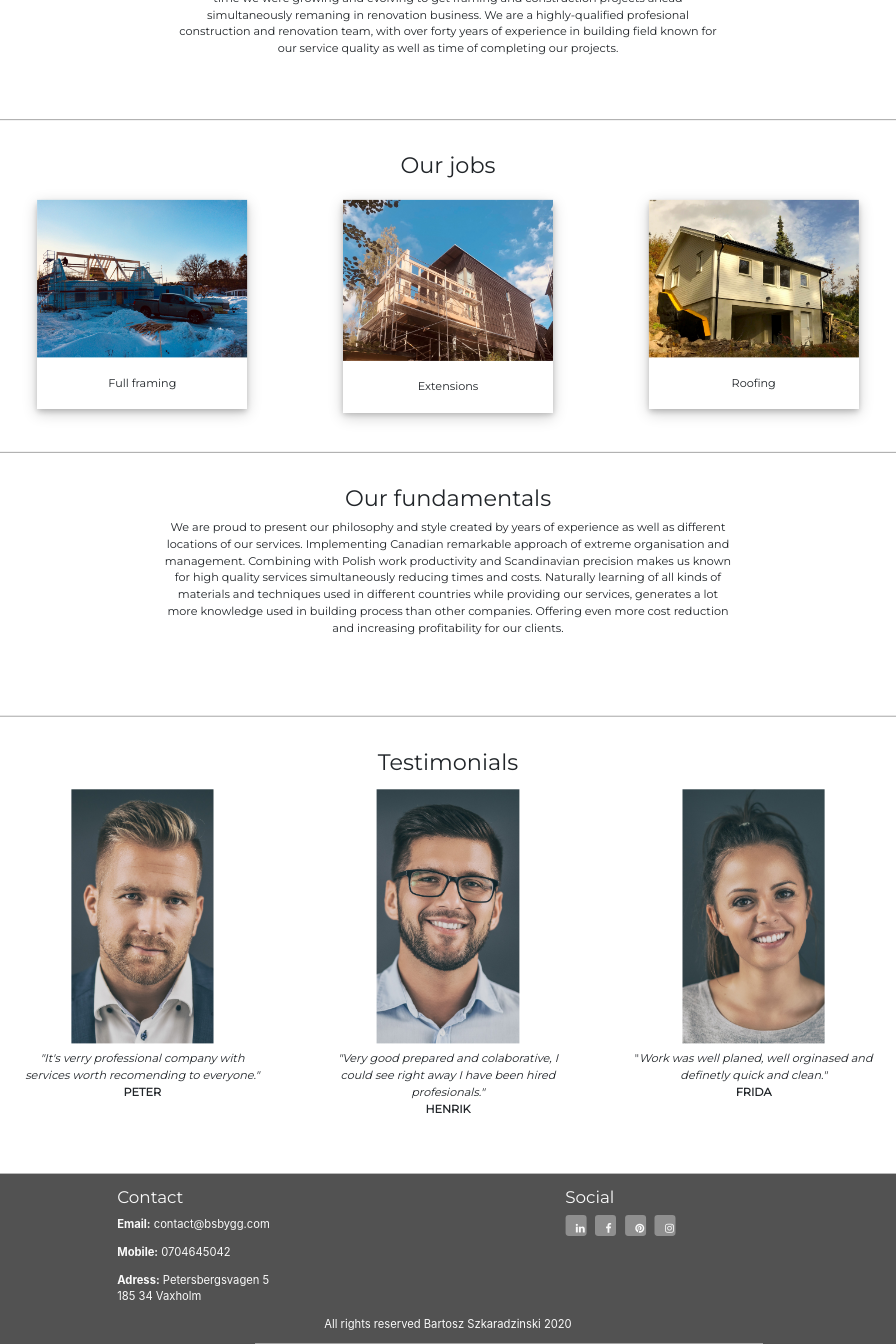
Repository: Bartie1982/milestone-project-1
Page: index.html
The author's editor kept a record of every edit. The page is drawn from the files as they stood at one moment, then again after the next edit.
The browser window is 1280 px wide. The pictures show the part of the page from y = 1021 to 2941 px (the page is 2941 px tall before and 2936 px after), at 70% of full size.

Above is the page before.

### index.html
<!DOCTYPE html>
<html lang="en">

<head>
    <meta charset="UTF-8">
    <meta name="viewport" content="width=device-width, initial-scale=1.0">
    <meta http-equiv="X-UA-Compatible" content="ie=edge">
    <link rel="stylesheet" href="https://stackpath.bootstrapcdn.com/bootstrap/4.3.1/css/bootstrap.min.css" type="text/css" />
    <link rel="stylesheet" href="https://stackpath.bootstrapcdn.com/font-awesome/4.7.0/css/font-awesome.min.css" type="text/css" />
    <link rel="stylesheet" href="assets/css/style.css" type="text/css" />
    <title>BsBygg</title>
</head>

<body>
    <header>
        <div class="container-fluid">
            <div class="row">
                    <div class="col-lg-11 d-flex">
                         <a href="index.html" class="col-md-2 logo "></a>
                        <nav class="navbar navbar-expand-xl navbar-dark">
                            <a class="navbar-brand" href="index.html">Bs bygg</a>
                                <button class="navbar-toggler" type="button" data-toggle="collapse" data-target="#navbarNav" aria-controls="navbarNav" aria-expanded="false" aria-label="Toggle navigation">
                                     <span class="navbar-toggler-icon"></span>
                                </button>
                                <div class="collapse navbar-collapse" id="navbarNav">
                                    <ul class="navbar-nav mr-auto">
                                        <li class="nav-item active">
                                            <a class="nav-link" href="#about-us">About us</a>
                                        </li>
                                        <li class="nav-item">
                                            <a class="nav-link" href="#our-jobs">Our jobs</a>
                                        </li>
                                        <li class="nav-item">
                                            <a class="nav-link" href="#our-fundamentals">Our fundamentals</a>
                                        </li>
                                        <li class="nav-item">
                                            <a class="nav-link" href="#testimonials">Testimonials</a>
                                        </li>
                                        <li class="nav-item">
                                            <a class="nav-link" href="#contact">Contact</a>
                                        </li>
                                    </ul>
                                </div>
                        </nav>
                    </div>
            </div>
        </div>
        <div class="container">
            <div class="row">
                    <div class="col-md-12 d-flex justify-content-center quote">
                        <h2>Profesionals simply by working different!</h2>
                    </div>
            </div>
        </div>
    </header>
        <div class="row">
            <div class="col-md-12 h-line3">
                <hr>
            </div>
        </div>
    <section>
        <div class="d-flex justify-content-center" id="about-us">
            <div class="col-md-8 about-us">
                <h2>About-us</h2>

                <p class="col-md-12 text-space">Established in 1995 our company is a family bussines,
                started by my father Zbigniew who was providing construction and renovation services of all sorts in Sweden and Scandinavia.
                In 1999 My brother and I have joined my fathers company and together we expanded rapidly.
                Completing bigger and more complicated houses designs in Sweden, Danmark, Uk, Poland and Canada over time  we were growing and evolving to get framing and construction projects ahead simultaneously remaning in renovation business.
                We are a highly-qualified profesional construction and renovation team, with over forty years of experience in building field known for our service quality as well as time of completing our projects.
                </p>

            </div>
        </div>

        <div class="row">
            <div class="col-md-12 h-line4">
                <hr>
            </div>
        </div>

    </section>
    <section>
        <div class="row" id="our-jobs">
            <div class="col-md-12 Our-jobs">
                <h2>Our jobs</h2>
                    <div class="row d-flex justify-content-around">
                        <div class="col-sm-12 col-md-12 col-lg-4">
                            <div class="polaroid">
                        <img src="./assets/images/balsta-light.jpg" alt="Full framing" style="width:100%">
                             <div class="container p">
                             <p>Full framing</p>
                             </div>
                       </div>
                        </div>
                        <div class="col-sm-12 col-md-12 col-lg-4">
                            <div class="polaroid">
                        <img src="./assets/images/flottare.jpg" alt="Extensions" style="width:100%">
                             <div class="container p">
                             <p>Extensions</p>
                             </div>
                       </div>
                        </div>
                        <div class="col-sm-12 col-md-12 col-lg-4">
                            <div class="polaroid">
                        <img src="./assets/images/akersberga-ed.jpg" alt="Roofing" style="width:100%">
                             <div class="container p">
                             <p>Roofing</p>
                         </div>
                        </div>
                    </div>
                </div>
            </div>
        </div>
    </section>
    <section>
        <div class="row">
            <div class="col-md-12 h-line3">
                <hr>
            </div>
        </div>
        <div class="row d-flex justify-content-center" id="our-fundamentals">
            <div class="col-md-8 our-fundamentals">
                <h2>Our fundamentals</h2>

                <p class="col-md-12 text-space">We are proud to present our philosophy and style created by years of experience as well as different locations of our services.
                Implementing  Canadian remarkable approach of extreme organisation and management.
                Combining with Polish work productivity and Scandinavian precision makes us known for high quality services simultaneously reducing times and costs.
                Naturally learning of all kinds of materials and techniques used in different countries while providing our services, generates a lot more knowledge used in building process than other companies. Offering even more
                cost reduction and increasing profitability for our clients.
                </p>
            </div>
        </div>

        <div class="row">
            <div class="col-md-12 h-line4">
                <hr>
            </div>
        </div>
    </section>
    <section>
        <div class="row" id="testimonials">
            <div class="col-md-12 Testimonials">
                <h2>Testimonials</h2>
                    <div class="row people d-flex justify-content-around">
                        <div class="col-sm-12 col-md-4 person">
                            <img class="img-fluid" src="./assets/images/Face 6.jpg" alt="Peter">
                            <p class="text-space"><i>"It's verry professional company with services worth recomending to everyone."</i><br><b>PETER</b></p>
                        </div>
                        <div class="col-sm-12 col-md-4 person">
                            <img class="img-fluid" src="./assets/images/Face 4.jpg" alt="Henrik">
                            <p class="text-space"><i>"Very good prepared and colaborative, I could see right away I have been hired profesionals."</i><br><b>HENRIK</b></p>
                        </div>
                        <div class="col-sm-12 col-md-4 person">
                            <img class="img-fluid" src="./assets/images/Face 7.jpg" alt="Frida">
                            <p class="text-space">"<i>Work was well planed, well orginased and definetly quick and clean."</i><br><b>FRIDA</b></p>
                        </div>
                    </div>
            </div>
                <div class="row">
                    <div class="col-md-12 h-line4">
                        <hr>
                    </div>
                </div>
    </section>
    <footer class="container-fluid" id="contact">
        <div class="row">
                <div class="col-lg-6 col-md-6 col-sm-12 mx-auto">
                    <h4 class="general-sub w-50 mx-auto">Contact</h4>

                        <div class="w-50 mx-auto">
                            <div>
                            <p><b>Email:</b> contact@bsbygg.com</p>
                            </div>
                            <div>
                            <p><b>Mobile:</b> 0704645042 </p>
                            </div>
                            <div>
                            <p><b>Adress:</b> Petersbergsvagen 5 <br>185 34 Vaxholm</p>
                        </div>
                </div>
        </div>
            <div class="col-lg-6 col-md-6 col-sm-12 social mx-auto">
                <h4 class="general-sub w-50 mx-auto">Social</h4>
                <ul class="list-inline social-links w-50 mx-auto">
                <li class="list-inline-item">
                    <a target="_blank" href="https://www.linkedin.com/">
                        <i class="fa fa-linkedin" aria-hidden="true"></i>
                        <span class="sr-only">Linkedin</span>
                    </a>
                </li>

                <li class="list-inline-item">
                    <a target="_blank" href="https://www.facebook.com/">
                        <i class="fa fa-facebook" aria-hidden="true"></i>
                        <span class="sr-only">Facebook</span>
                    </a>

                </li>
                <li class="list-inline-item">
                    <a target="_blank" href="https://www.pinterest.com/">
                        <i class="fa fa-pinterest" aria-hidden="true"></i>
                        <span class="sr-only">Pinterest</span>
                    </a>
                </li>
                <li class="list-inline-item">
                    <a target="_blank" href="https://www.instagram.com/">
                        <i class="fa fa-instagram" aria-hidden="true"></i>
                        <span class="sr-only">Instagram</span>
                    </a>
                </li>

                </ul>
            </div>
        </div>
        <div class="d-flex justify-content-center">
            <p class="">All rights reserved  Bartosz Szkaradzinski 2020</p>
        </div>
    </footer>
</body>

</html>

### assets/css/style.css
@import url('https://fonts.googleapis.com/css?family=Montserrat&display=swap:100,200,300,400,500,600,700|Exo:100,200,300,400,500,600,700');


/*----------------------------------------------Colours*/
.bg-color-name-title {
      color: #000234;
}



/*----------------------------------------------Heading*/

html, body {
    width: 100vw;
    overflow-x: hidden;
    overflow-y: auto;
}

header {
    margin: 0;
    background: url("../images/Villa1.jpg");
    background-repeat: no-repeat;
    background-size: cover;
    height: 800px;

}

.logo {
    background: url("../images/logo1.png");
    background-position: left;
    background-repeat: no-repeat;
    background-size: 85px;
    min-height: 85px;
    margin-top: 5px;
    margin-left: 30px;

}

.navbar-dark {
    position: relative;
    font-size: 22px;

}

.navbar-brand {
    margin-bottom: 8px;
    font-size: 25px;

}

.quote {
    margin-top: 550px;
    margin-left: auto;
    margin-right: auto;
    color: #cdcdcd;
    font-family: "Exo", Montserrat;
    font-weight: 100;
    font-size: 30px;

}

/*----------------------------------------------About us*/

.about-us {

    font-family: "Exo", Montserrat;
    margin-top: 30px;
    text-align: center;
    min-height: 300px;

}

/*----------------------------------------------Our fundamentals*/



.our-fundamentals {
    font-family: "Exo", Montserrat;
    margin-top: 30px;
    text-align: center;
    min-height: 300px;
}




/*----------------------------------------------Our jobs*/

.polaroid {
  width: 300px;
  box-shadow: 0 4px 8px 0 rgba(0, 0, 0, 0.2), 0 6px 20px 0 rgba(0, 0, 0, 0.19);
  text-align: center;
  margin: 30px auto 40px auto;

}

.Our-jobs {
    font-family: "Exo", Montserrat;
    margin-top: 30px;
    text-align: center;
    min-height: 300px;

}


/*----------------------------------------------Testimonials*/

.container p {
  padding: 25px;
}
.people {
    margin-top:20px;
    margin-bottom: 40px;
}
.person {

    height: inherit;
    margin-bottom: 30px;
}
.person img {
    width: 50%;
    margin-left: auto;
    margin-right: auto;
}
.person p {
    padding-left: 30px;
    padding-right: 30px;
}


.name {
    font-family: "Exo", Montserrat;
    background-position: center;
    margin-top: 50px;
    font-weight: 100;
    min-height: 100px;
    font-size: 46px;
    color: #fff;

}

.Testimonials {
    font-family: "Exo", Montserrat;
    margin-top: 30px;
    text-align: center;
    min-height: 300px;

}

/*----------------------------------------------Spacers/lines/margins/paddings/text */

h1,
h2,
h3,
h4 {
       margin: 0;
}



hr {
    background-color: grey;
    height: 1px;
    border: 0; }

.h-line3 {
    margin-top: 0;

}

.h-line4 {
    margin-top: 1%;
}

.text-space {
    margin-top: 10px;
    margin-bottom: 10px;
}

.general-sub {
    margin-top: 20px;
    margin-bottom: 10px;
    color: #fafafa;
    font-family: "Exo", Montserrat;
    font-weight: 300;

}

.inline-block {
    display: inline-block;

}

/*----------------------------------------------Footer*/

footer {
    background-color: #525252;
    color: #fafafa;
    min-height: 240px;
}

.contact {
    margin-left: auto;
    margin-right: auto;

}

.quote-pdf i {
    font-size: 20px;
    color: #fafafa;
    text-align: center;
    padding-left: 8px;
    transition: all 0.45s ease-in;
    -moz-transition: all 0.45s ease-in;
    -webkit-transition: all 0.45s ease-in;
    -o-transition: all 0.45s ease-in;
}

.quote-pdf i:hover {
    color: #40A8AF;

}
.social {
     margin-right: auto;
     margin-left: auto;
}

.social-links li a i {
    width: 30px;
    height:30px;
    padding: 15px;
    border-radius: 15%;
    font-size: 15px;
    line-height: 10px;
    text-align: center;
    color: #fafafa;
    background: #8f8f8f;
    transition: all 0.35s ease-in;
    -moz-transition: all 0.35s ease-in;
    -webkit-transition: all 0.35s ease-in;
    -o-transition: all 0.35s ease-in;
}

.social-links li a i:hover {
    background: #40A8AF;
}

After the next edit:
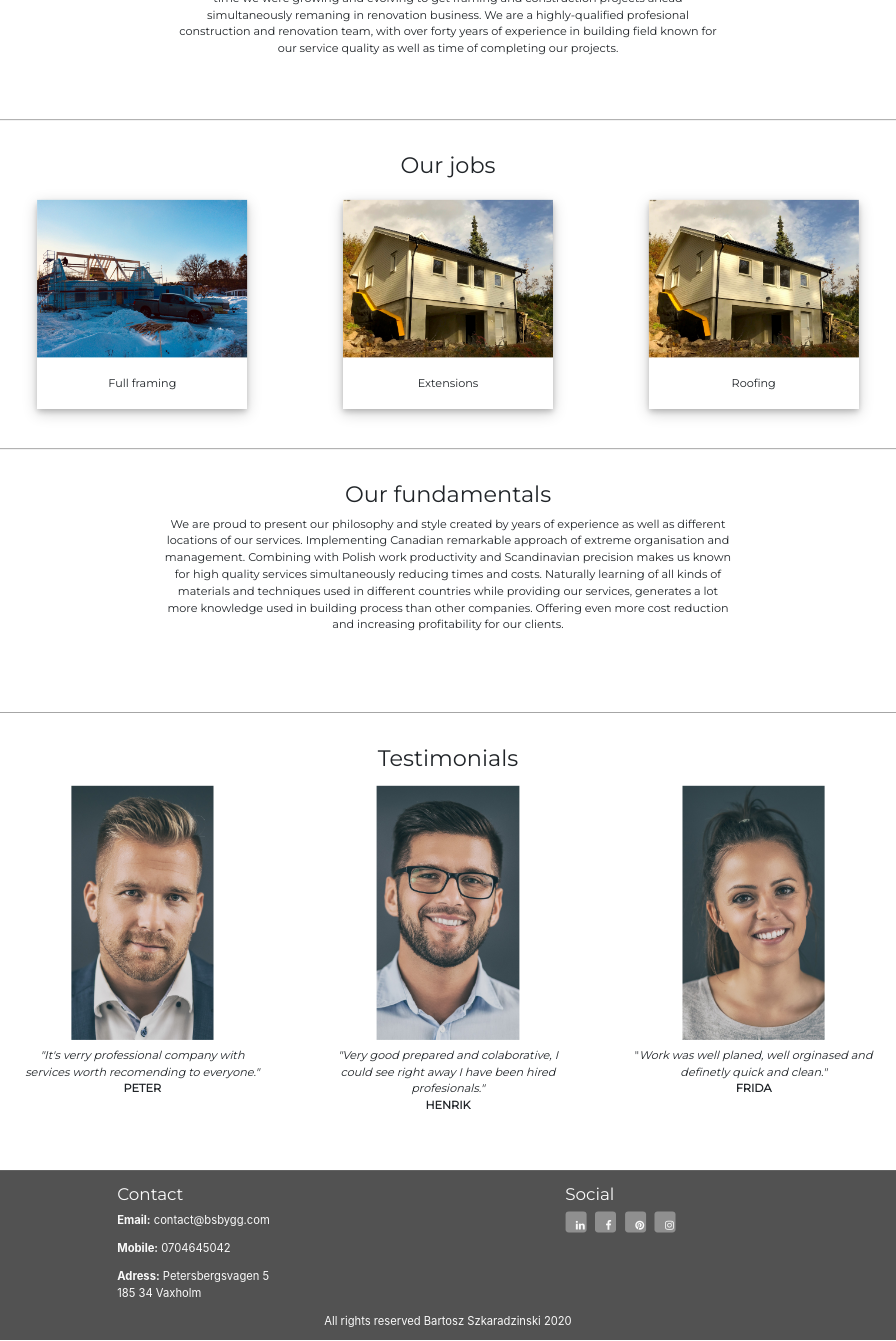
The edit:
--- a/index.html
+++ b/index.html
@@ -95,7 +95,7 @@
                         </div>
                         <div class="col-sm-12 col-md-12 col-lg-4">
                             <div class="polaroid">
-                        <img src="./assets/images/flottare.jpg" alt="Extensions" style="width:100%">
+                        <img src="./assets/images/akersberga-ed.jpg" alt="Extensions" style="width:100%">
                              <div class="container p">
                              <p>Extensions</p>
                              </div>
